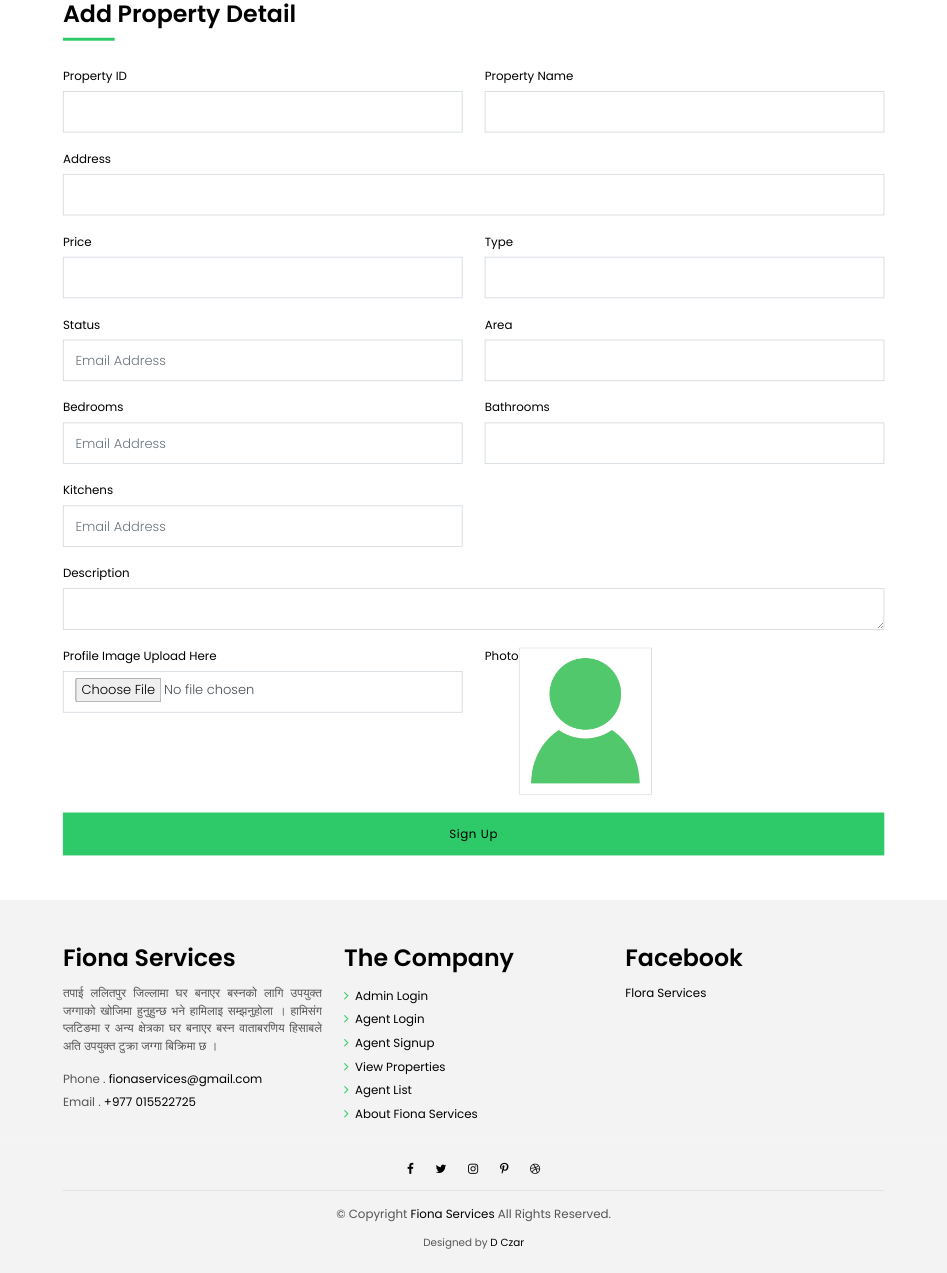
Repository: Sjuicyy/realstate
Page: Add-Property.html
An editor plug-in stored every save of this project. The page is shown before and after the next save, followed by the edit.
The browser window is 1280 px wide. The pictures show the whole page, at 74% of full size.

Above is the page before, as saved 2022-10-13 15:48:53.

### Add-Property.html
<!DOCTYPE html>
<html lang="en">

<head>
  <meta charset="utf-8">
  <title>Fiona Services</title>
  <meta content="width=device-width, initial-scale=1.0" name="viewport">
  <meta content="" name="keywords">
  <meta content="" name="description">

  <!-- Favicons -->
  <link href="img/favicon.png" rel="icon">
  <link href="img/apple-touch-icon.png" rel="apple-touch-icon">

  <!-- Google Fonts -->
  <link href="https://fonts.googleapis.com/css?family=Poppins:300,400,500,600,700" rel="stylesheet">

  <!-- Bootstrap CSS File -->
  <link href="lib/bootstrap/css/bootstrap.min.css" rel="stylesheet">

  <!-- Libraries CSS Files -->
  <link href="lib/font-awesome/css/font-awesome.min.css" rel="stylesheet">
  <link href="lib/animate/animate.min.css" rel="stylesheet">
  <link href="lib/ionicons/css/ionicons.min.css" rel="stylesheet">
  <link href="lib/owlcarousel/assets/owl.carousel.min.css" rel="stylesheet">

  <!-- Main Stylesheet File -->
  <link href="css/style.css" rel="stylesheet">

  <!-- =======================================================
    Theme Name: EstateAgency
    Theme URL: https://bootstrapmade.com/real-estate-agency-bootstrap-template/
    Author: BootstrapMade.com
    License: https://bootstrapmade.com/license/
  ======================================================= -->
</head>
<div id="fb-root"></div>
<script async defer crossorigin="anonymous" src="https://connect.facebook.net/en_US/sdk.js#xfbml=1&version=v14.0"
  nonce="0jwGYLXn"></script>

<body>
  <!-- / Form Search End /-->

  <!--/ Nav Star /-->
  <!-- <nav class="navbar navbar-default navbar-trans navbar-expand-lg fixed-top">
    <div class="container">
      <button class="navbar-toggler collapsed" type="button" data-toggle="collapse" data-target="#navbarDefault"
        aria-controls="navbarDefault" aria-expanded="false" aria-label="Toggle navigation">
      </button>
      <a class="navbar-brand text-brand" href="index.php">Fiona<span class="color-b"> Services</span></a>
      <button type="button" class="btn btn-link nav-search navbar-toggle-box-collapse d-md-none" data-toggle="collapse"
        data-target="#navbarTogglerDemo01" aria-expanded="false" title="Agent Space">

      </button>
      <div class="navbar-collapse collapse justify-content-center" id="navbarDefault">
        <ul class="navbar-nav">
          <li class="nav-item">
            <a class="nav-link active" href="index.php">Home</a>
          </li>
          <li class="nav-item">
            <a class="nav-link" href="about.php">About Us</a>
          </li>
          <li class="nav-item dropdown">
            <a class="nav-link dropdown-toggle" href="#" id="navbarDropdown" role="button" data-toggle="dropdown"
              aria-haspopup="true" aria-expanded="false">
              Property
            </a>
            <div class="dropdown-menu" aria-labelledby="navbarDropdown">
              <a class="dropdown-item" href="property-single.php">Property Single</a>
              <a class="dropdown-item" href="property-grid.php">Property List</a>
            </div>
          </li>
          <li class="nav-item">
            <a class="nav-link" href="Login.php">Login</a>
          </li>
          <li class="nav-item">
            <a class="nav-link" href="contact.php">Contact</a>
          </li>
        </ul>
      </div>
      <button type="button" class="btn btn-b-n navbar-toggle-box-collapse d-none d-md-block" data-toggle="collapse"
        data-target="#navbarTogglerDemo01" aria-expanded="false" title="Agent Space">
      </button>
    </div>
  </nav> -->
  <!--/ Nav End /-->











  <div class="container">
    <div class="title-box-d">
      <h3 class="title-d margin-auto">Add Property Detail</h3>
    </div>
    <div class=" form">
      <div id="modal2">
        <form class="form-a" action="agentsave.php" method="POST" enctype="multipart/form-data">
          <div class="row">





            <div class="col-md-6 mb-2">
              <div class="form-group">
                <label for="city">Property ID</label>
                <input type="number" class="form-control form-control-lg form-control-a" name="Phone">
              </div>
            </div>
            <div class="col-md-6 mb-2">
              <div class="form-group">
                <label for="bedrooms">Property Name</label>
                <input type="text" class="form-control form-control-lg form-control-a"
                  name="Email">
              </div>
            </div>







            <div class="col-md-12 mb-2">
              <div class="form-group">
                <label for="Type">Address</label>
                <input type="text" class="form-control form-control-lg form-control-a"
                  name="Name">
              </div>
            </div>

            <div class="col-md-6 mb-2">
              <div class="form-group">
                <label for="city">Price</label>
                <input type="number" class="form-control form-control-lg form-control-a" name="Phone">
              </div>
            </div>

            <div class="col-md-6 mb-2">
              <div class="form-group">
                <label for="city">Type</label>
                <input type="text" class="form-control form-control-lg form-control-a" name="Phone">
              </div>
            </div>
            <div class="col-md-6 mb-2">
              <div class="form-group">
                <label for="bedrooms">Status</label>
                <input type="text" class="form-control form-control-lg form-control-a" placeholder="Email Address"
                  name="Email">
              </div>
            </div>
            <div class="col-md-6 mb-2">
              <div class="form-group">
                <label for="city">Area</label>
                <input type="number" class="form-control form-control-lg form-control-a" name="Phone">
              </div>
            </div>
            <div class="col-md-6 mb-2">
              <div class="form-group">
                <label for="bedrooms">Bedrooms</label>
                <input type="email" class="form-control form-control-lg form-control-a" placeholder="Email Address"
                  name="Email">
              </div>
            </div>
            <div class="col-md-6 mb-2">
              <div class="form-group">
                <label for="city">Bathrooms</label>
                <input type="number" class="form-control form-control-lg form-control-a" name="Phone">
              </div>
            </div>
            <div class="col-md-6 mb-2">
              <div class="form-group">
                <label for="bedrooms">Kitchens</label>
                <input type="email" class="form-control form-control-lg form-control-a" placeholder="Email Address"
                  name="Email">
              </div>
            </div>









            <div class="col-md-12 mb-2">
              <div class="form-group">
                <label for="bathrooms">Description</label>
                <textarea class="form-control form-control-lg form-control-a" id="bathrooms" name="Detail">
              </textarea>
              </div>
            </div>
            <div class="col-md-6 mb-2">
              <div class="form-group">
                <label for="price">Profile Image Upload Here</label>
                <input type="file" class="form-control form-control-lg form-control-a" onchange="readURL(this);"
                  name="Photo">
              </div>
            </div>
            <div class="col-md-6 mb-2">
              <div class="form-group text-center">
                <label for="price" style="float: left">Photo</label>
                <img src="img/user.png" id="blah" class="form-control"
                  style="max-width:180px;width: 100%;height: auto;" />
              </div>
            </div>
            <div class="col-md-12">
              <button type="submit" name="submit" class="btn btn-b" style="width: 100%;">Sign Up</button>
            </div>
          </div>
        </form>
      </div>

    </div>

  </div>
















    <!--/ footer Star /-->
    <section class="section-footer">
      <div class="container">
        <div class="row">
          <div class="col-sm-12 col-md-4">
            <div class="widget-a">
              <div class="w-header-a">
                <h3 class="w-title-a text-brand">Fiona Services</h3>
              </div>
              <div class="w-body-a">
                <p class="w-text-a color-text-a" align="justify">
                  तपाई ललितपुर जिल्लामा घर बनाएर बस्नको लागि उपयुक्त जग्गाको खोजिमा हुनुहुन्छ भने हामिलाइ सम्झनुहोला ।
                  हामिसंग प्लटिङमा र अन्य क्षेत्रका घर बनाएर बस्न वाताबरणिय हिसाबले अति उपयुक्त टुक्रा जग्गा बिक्रिमा छ
                  ।
                </p>
              </div>
              <div class="w-footer-a">
                <ul class="list-unstyled">
                  <li class="color-a">
                    <span class="color-text-a">Phone .</span> fionaservices@gmail.com
                  </li>
                  <li class="color-a">
                    <span class="color-text-a">Email .</span> +977 015522725
                  </li>
                </ul>
              </div>
            </div>
          </div>
          <div class="col-sm-12 col-md-4 section-md-t3">
            <div class="widget-a">
              <div class="w-header-a">
                <h3 class="w-title-a text-brand">The Company</h3>
              </div>
              <div class="w-body-a">
                <div class="w-body-a">
                  <ul class="list-unstyled">
                    <li class="item-list-a">
                      <i class="fa fa-angle-right"></i> <a href="#">Admin Login</a>
                    </li>
                    <li class="item-list-a">
                      <i class="fa fa-angle-right"></i> <a href="#">Agent Login</a>
                    </li>
                    <li class="item-list-a">
                      <i class="fa fa-angle-right"></i> <a href="#">Agent Signup</a>
                    </li>
                    <li class="item-list-a">
                      <i class="fa fa-angle-right"></i> <a href="#">View Properties</a>
                    </li>
                    <li class="item-list-a">
                      <i class="fa fa-angle-right"></i> <a href="#">Agent List</a>
                    </li>
                    <li class="item-list-a">
                      <i class="fa fa-angle-right"></i> <a href="#">About Fiona Services</a>
                    </li>
                  </ul>
                </div>
              </div>
            </div>
          </div>
          <div class="col-sm-12 col-md-4 section-md-t3">
            <div class="widget-a">
              <div class="w-header-a">
                <h3 class="w-title-a text-brand">Facebook</h3>
              </div>
              <div class="w-body-a">
                <div class="fb-page" data-href="https://www.facebook.com/floraservices2070" data-tabs="timeline"
                  data-width="" data-height="110" data-small-header="false" data-adapt-container-width="true"
                  data-hide-cover="false" data-show-facepile="false">
                  <blockquote cite="https://www.facebook.com/floraservices2070" class="fb-xfbml-parse-ignore"><a
                      href="https://www.facebook.com/floraservices2070">Flora Services</a></blockquote>
                </div>
              </div>
            </div>
          </div>
        </div>
      </div>
    </section>
    <footer>
      <div class="container">
        <div class="row">
          <div class="col-md-12">

            <div class="socials-a">
              <ul class="list-inline">
                <li class="list-inline-item">
                  <a href="#">
                    <i class="fa fa-facebook" aria-hidden="true"></i>
                  </a>
                </li>
                <li class="list-inline-item">
                  <a href="#">
                    <i class="fa fa-twitter" aria-hidden="true"></i>
                  </a>
                </li>
                <li class="list-inline-item">
                  <a href="#">
                    <i class="fa fa-instagram" aria-hidden="true"></i>
                  </a>
                </li>
                <li class="list-inline-item">
                  <a href="#">
                    <i class="fa fa-pinterest-p" aria-hidden="true"></i>
                  </a>
                </li>
                <li class="list-inline-item">
                  <a href="#">
                    <i class="fa fa-dribbble" aria-hidden="true"></i>
                  </a>
                </li>
              </ul>
            </div>
            <div class="copyright-footer">
              <p class="copyright color-text-a">
                &copy; Copyright
                <span class="color-a">Fiona Services</span> All Rights Reserved.
              </p>
            </div>
            <div class="credits">

              Designed by <a href="https://pritambajagain.com.np/">D Czar</a>
            </div>
          </div>
        </div>
      </div>
    </footer>
    <!--/ Footer End /-->

    <a href="#" class="back-to-top"><i class="fa fa-chevron-up"></i></a>
    <div id="preloader"></div>

    <!-- JavaScript Libraries -->
    <script>
      function readURL(input) {
        if (input.files && input.files[0]) {
          var reader = new FileReader();

          reader.onload = function (e) {
            $('#blah')
              .attr('src', e.target.result);
          };

          reader.readAsDataURL(input.files[0]);
        }
      }
    </script>
    <script src="lib/jquery/jquery.min.js"></script>
    <script src="lib/jquery/jquery-migrate.min.js"></script>
    <script src="lib/popper/popper.min.js"></script>
    <script src="lib/bootstrap/js/bootstrap.min.js"></script>
    <script src="lib/easing/easing.min.js"></script>
    <script src="lib/owlcarousel/owl.carousel.min.js"></script>
    <script src="lib/scrollreveal/scrollreveal.min.js"></script>
    <!-- Contact Form JavaScript File -->
    <script src="contactform/contactform.js"></script>

    <!-- Template Main Javascript File -->
    <script src="js/main.js"></script>

</body>

</html>

Loaded but not shown: lib/bootstrap/css/bootstrap.min.css (library); lib/font-awesome/css/font-awesome.min.css (library); lib/animate/animate.min.css (library); lib/ionicons/css/ionicons.min.css (library); lib/owlcarousel/assets/owl.carousel.min.css (library); lib/jquery/jquery.min.js (library); lib/jquery/jquery-migrate.min.js (library); lib/popper/popper.min.js (library); lib/bootstrap/js/bootstrap.min.js (library); lib/easing/easing.min.js (common file); lib/owlcarousel/owl.carousel.min.js (library); lib/scrollreveal/scrollreveal.min.js (library); js/main.js (150 lines, source omitted); contactform/contactform.js (118 lines, source omitted); css/style.css (2025 lines, source omitted)

After the next save:
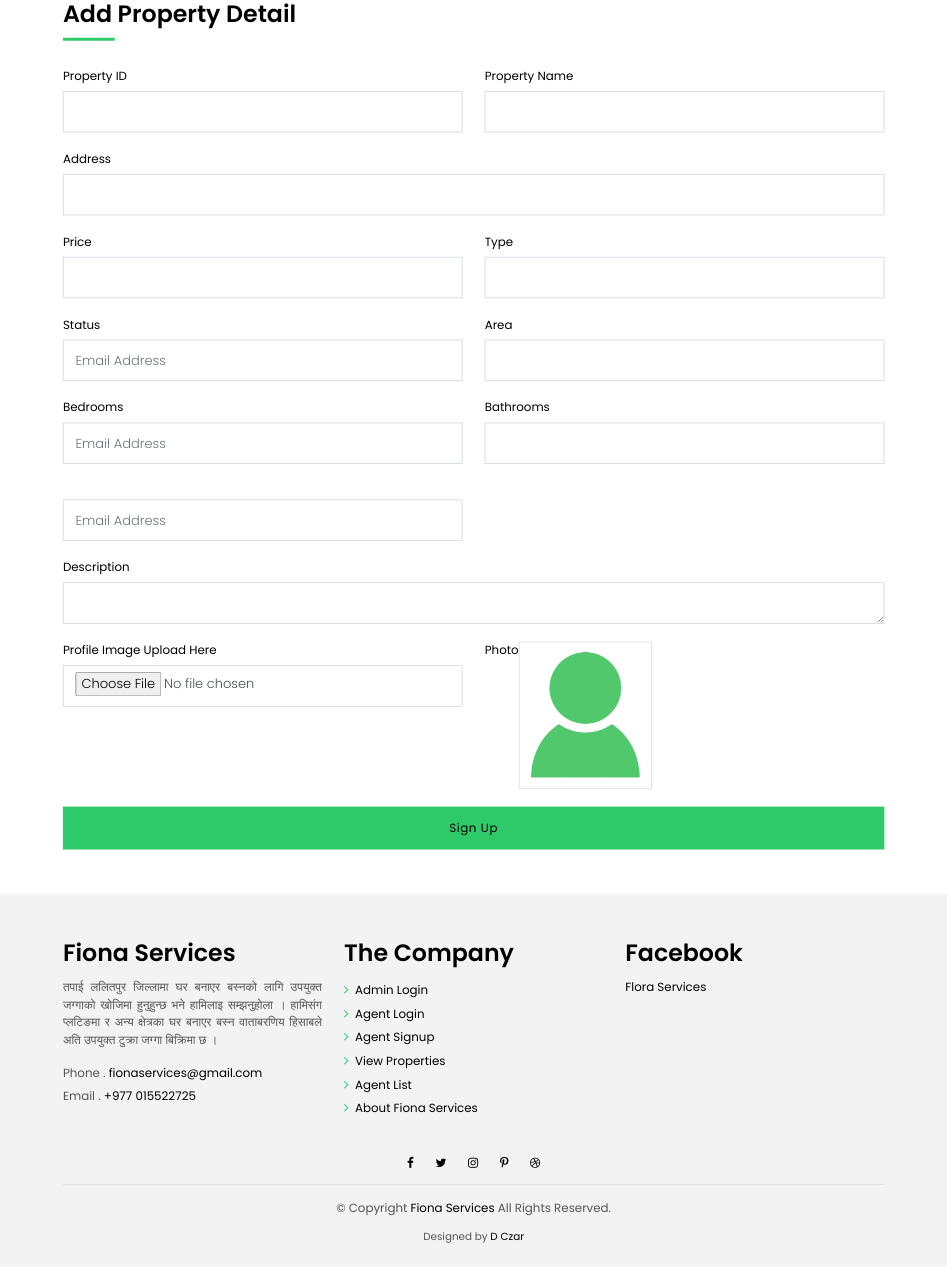
Saved 2 min 42 s later.
--- a/Add-Property.html
+++ b/Add-Property.html
@@ -177,7 +177,7 @@
             </div>
             <div class="col-md-6 mb-2">
               <div class="form-group">
-                <label for="bedrooms">Kitchens</label>
+                <label for="bedrooms"></label>
                 <input type="email" class="form-control form-control-lg form-control-a" placeholder="Email Address"
                   name="Email">
               </div>
